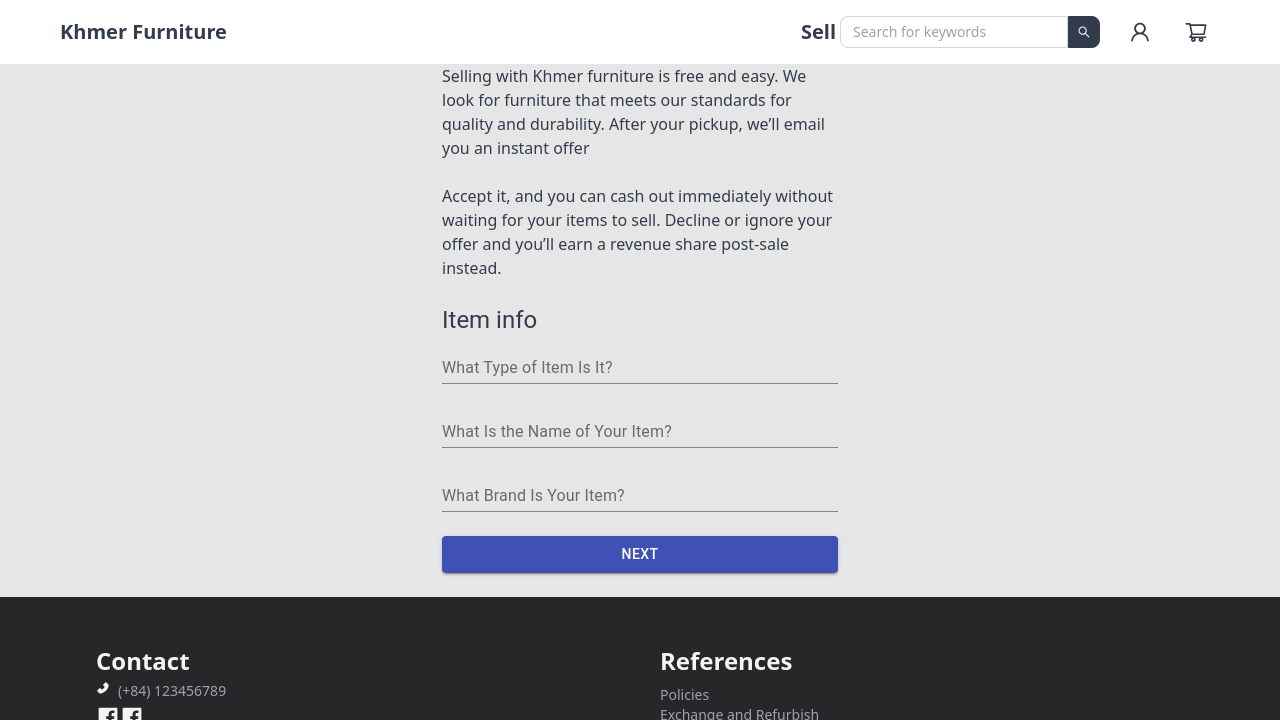
Repository: PlayerNguyen/dotot-shop
Page: /sell (app in client/)
An editor plug-in stored every save of this project. The page is shown before and after the next save, followed by the edit.
The browser window is 1280 px wide. The pictures show the whole page.
An inner scrolling area shows only its first screen. The project was rebuilt for these pictures with package versions that can differ from the ones it lists, and the page was loaded fresh each time. Also part of the build but not shown: client/src/components/NoMatch/NoMatch.jsx, client/src/components/Sell/UserDetails.js, client/src/components/Sell/Confirmation.js, client/src/components/Sell/Success.js.

Above is the page before, as saved 2022-12-06 12:24:32.

### client/src/index.html
<!DOCTYPE html>
<html lang="en" data-theme="emerald">
  <head>
    <meta charset="UTF-8" />
    <meta http-equiv="X-UA-Compatible" content="IE=edge" />
    <meta name="viewport" content="width=device-width, initial-scale=1.0" />
    <title>dotot.com - Nơi mua bán đồ cũ</title>
    <link rel="stylesheet" href="./index.css" />
  </head>
  <body>
    <div id="app"></div>

    <script src="./index.js" type="module"></script>
  </body>
</html>

### client/src/index.js
import React, { Suspense } from "react";
import client from "react-dom/client";
import { BrowserRouter } from "react-router-dom";
import App from "./App";
import "./index.css";
const appElement = document.getElementById("app");
let root = client.createRoot(appElement);
import { Provider } from "react-redux";
import { store } from "./stores/globalStore";

root.render(
  <React.StrictMode>
    <BrowserRouter>
      <Provider store={store}>
        <App />
      </Provider>
    </BrowserRouter>
  </React.StrictMode>
);

### client/src/App.jsx
import React, { Suspense } from "react";
import { ToastContainer } from "react-toastify";
import { Link, Route, Routes } from "react-router-dom";
const Home = React.lazy(() => import("./components/Home/Home"));
const Credentials = React.lazy(() =>
  import("./components/Credentials/Credentials")
);
import "react-toastify/dist/ReactToastify.css";
const SignUp = React.lazy(() => import("./components/Credentials/SignUp"));
const SignIn = React.lazy(() => import("./components/Credentials/SignIn"));
import Navbar from "./components/Navbar/Navbar";
const SignOut = React.lazy(() => import("./components/Credentials/SignOut"));
const CredentialSelection = React.lazy(() =>
  import("./components/Credentials/CredentialSelection")
);

import NoMatch from "./components/NoMatch/NoMatch";
import Footer from "./components/Footer/Footer";

const Product = React.lazy(() => import("./components/Product/Product"));
const ProductView = React.lazy(() =>
  import("./components/Product/ProductView")
);
const Profile = React.lazy(() => import("./components/Profile/Profile"));
const ProfileGeneral = React.lazy(() =>
  import("./components/Profile/ProfileGeneral")
);
const RequestSignedIn = React.lazy(() =>
  import("./components/RequestSignedIn/RequestSignedIn")
);

import { AiFillHome, AiOutlineUser } from "react-icons/ai";
const Checkout = React.lazy(() => import("./components/Checkout/Checkout"));

import Sell from "./components/Sell/Sell";

export default function App() {
  return (
    <div className="drawer bg-base-200">
      <input id="app-drawer" type="checkbox" className="drawer-toggle" />

      <div className="drawer-content flex flex-col">
        {/* Navbar */}
        <Suspense>
          <Navbar />
        </Suspense>

        {/* Render home */}
        <Routes>
          <Route path="/">
            <Route
              index
              element={
                <Suspense>
                  <Home />
                </Suspense>
              }
            />
            <Route
              path="/users"
              element={
                <Suspense>
                  <Credentials />
                </Suspense>
              }
            >
              {/* TODO: check whether user is logged in or not, to put current */}
              <Route
                index
                element={
                  <Suspense>
                    <CredentialSelection />
                  </Suspense>
                }
              />
              <Route
                path="/users/sign-up"
                element={
                  <Suspense>
                    <SignUp />
                  </Suspense>
                }
              />
              <Route
                path="/users/sign-in"
                element={
                  <Suspense>
                    <SignIn />
                  </Suspense>
                }
              />
              <Route path="/users/sign-out" element={<SignOut />} />
            </Route>
            <Route
              path="/products"
              element={
                <Suspense>
                  <Product />
                </Suspense>
              }
            >
              <Route
                path=":productId"
                element={
                  <Suspense>
                    <ProductView />
                  </Suspense>
                }
              />
            </Route>
            <Route
              element={
                <Suspense>
                  <RequestSignedIn />
                </Suspense>
              }
            >
              <Route
                path="/profile"
                element={
                  <Suspense>
                    <Profile />
                  </Suspense>
                }
              >
                <Route
                  path="/profile/general"
                  element={
                    <Suspense>
                      <ProfileGeneral />
                    </Suspense>
                  }
                />
              </Route>
            </Route>
            <Route
              path="/checkout"
              element={
                <Suspense>
                  <Checkout />
                </Suspense>
              }
            ></Route>
            <Route path="/sell" element={<Sell />} />
            <Route path="*" element={<NoMatch />} />
          </Route>
        </Routes>

        {/* Footer */}
        <Footer />
      </div>
      {/* Drawer side */}
      <div className="drawer-side">
        <label htmlFor="app-drawer" className="drawer-overlay"></label>
        <ul className="menu p-4 overflow-y-auto w-80 bg-base-100">
          <li>
            <Link to="/" className="">
              <i>
                <AiFillHome />
              </i>
              <span>Home</span>
            </Link>
          </li>

          <li>
            <Link to="/profile">
              <i>
                <AiOutlineUser />
              </i>
              <span>Users</span>
            </Link>
          </li>
        </ul>
      </div>

      <ToastContainer />
    </div>
  );
}

### client/src/stores/globalStore.ts
import { configureStore } from "@reduxjs/toolkit";
import cartSliceReducer from "../slices/CartSlice";
export const store = configureStore({
  reducer: {
    cart: cartSliceReducer,
  },
});

// Infer the `RootState` and `AppDispatch` types from the store itself
export type RootState = ReturnType<typeof store.getState>;
// Inferred type: {posts: PostsState, comments: CommentsState, users: UsersState}
export type AppDispatch = typeof store.dispatch;

### client/src/components/Navbar/Navbar.jsx
import { useState } from "react";
import {
  AiFillSetting,
  AiOutlineSearch,
  AiOutlineShoppingCart,
  AiOutlineUser,
} from "react-icons/ai";
import { ImExit } from "react-icons/im";
import { FiMenu } from "react-icons/fi";
import { Link } from "react-router-dom";

export default function Navbar() {
  const [cartSize, setCartSize] = useState(0);
  const [signedIn, setSignedIn] = useState(false);

  useState(() => {
    setSignedIn(localStorage.getItem("token") !== null);
  }, [localStorage]);

  return (
    <div className="navbar bg-base-100 lg:px-12">
      {/* Navbar start section */}
      <div className="flex flex-row lg:hidden">
        <label htmlFor="app-drawer" className="drawer-button btn btn-ghost">
          <FiMenu className="text-xl" />
        </label>
      </div>

      <div className="flex-1 px-3">
        <Link to="/">
          <h1 className="text-xl font-bold">Khmer Furniture</h1>
        </Link>
      </div>

      {/* Wide screen  */}
      <div className="hidden lg:flex flex-row gap-1 text-2xl">
      <Link to="/sell">
          <h1 className="text-xl font-bold">Sell </h1>
          <span></span>
        </Link>
        {/* Search group */}
        <div>
          <div className=" input-group">
            <input
              className="input input-bordered input-sm"
              placeholder="Search for keywords"
            />
            <button className="btn btn-square btn-sm">
              <AiOutlineSearch />
            </button>
          </div>
        </div>
        {/* Link group */}
        <div className="menu menu-horizontal p-2 rounded-box text-md">
          {!signedIn ? (
            <li>
              <Link to={"/users/"}>
                <AiOutlineUser />
              </Link>
            </li>
          ) : (
            <li>
              <div className="dropdown dropdown-end dropdown-hover block">
                <label tabIndex={0}>
                  <AiOutlineUser />
                </label>
                <ul
                  tabIndex={0}
                  className="menu dropdown-content p-2 shadow bg-base-100 rounded-box w-52 mt-4 text-sm"
                >
                  <li className="block">
                    <Link to="/profile">
                      <AiFillSetting />
                      Profile
                    </Link>
                  </li>
                  <li className="block">
                    <Link to={`/users/sign-out`}>
                      <ImExit />
                      Sign out
                    </Link>
                  </li>
                </ul>
              </div>
            </li>
          )}

          <li>
            <Link to={"/checkout"} className="relative">
              <AiOutlineShoppingCart />
              {cartSize && cartSize > 0 ? (
                <span className="text-sm ">{cartSize}</span>
              ) : null}
            </Link>
          </li>
        </div>
      </div>

      {/* For small screen */}
      <div className="lg:hidden">
        <div className="menu menu-horizontal p-2 rounded-box text-xl">
          {/* Shopping cart */}
          <li>
            <a className="relative">
              <span>
                <AiOutlineShoppingCart />
              </span>
              {cartSize && cartSize > 0 ? (
                <span className="absolute text-sm left-2 top-2 bg-red-400 px-2 rounded-full text-white">
                  {cartSize}
                </span>
              ) : null}
            </a>
          </li>
          {/* Search */}
          <li>
            <a className="relative">
              <AiOutlineSearch />
            </a>
          </li>
        </div>
      </div>
    </div>
  );
}

### client/src/components/Footer/Footer.jsx
import React from "react";
import { AiFillFacebook, AiFillPhone } from "react-icons/ai";

export default function Footer() {
  return (
    <div className="footer-wrapper bg-zinc-800 text-zinc-100 md:px-12">
      <footer className="footer p-12 min-h-[20vh] flex flex-col gap-4 sm:flex-row  sm:gap-10">
        <div className="flex flex-col gap-1 flex-1">
          {/* <div className="font-bold text-2xl">General</div> */}
          <div className={`font-bold text-2xl`}>Contact</div>

          <div>
            <div className="flex flex-row gap-2">
              <span>
                <AiFillPhone />
              </span>
              <span className="text-zinc-400">(+84) 123456789</span>
            </div>
            {/* Social medias */}
            <div className="flex flex-row text-2xl my-1">
              <div>
                <AiFillFacebook />
              </div>
              <div>
                <AiFillFacebook />
              </div>
            </div>
          </div>
        </div>

        <div className="flex-1">
          <div className="text-2xl font-bold">References</div>
          <div className="text-zinc-400">
            <div>Policies</div>
            <div>Exchange and Refurbish</div>
            <div>Warranty</div>
          </div>
        </div>
      </footer>
    </div>
  );
}

### client/src/components/Sell/Sell.jsx
import React, { Component } from 'react'
import ProductDetails from './ProductDetails';
import UserDetails from './UserDetails';
import Confirmation from './Confirmation';
import Success from './Success';

export default class Sell extends Component{

  state = {
    step: 1,
    category: '',
    productName: '',
    brandName: '',
    firstName: '',
    lastName: '',
    country: '',
    levelOfEducation: '',
  }

  // go back to previous step
  prevStep = () => {
    const { step } = this.state;
    this.setState({ step: step - 1 });
  }

  // proceed to the next step
  nextStep = () => {
    const { step } = this.state;
    this.setState({ step: step + 1 });
  }

  // Handle fields change
  handleChange = input => e => {
    this.setState({ [input]: e.target.value });
  }

  render() {
    const { step } = this.state;
    const { category, productName, brandName, firstName, lastName, country, levelOfEducation } = this.state;
    const values = { category, productName, brandName, firstName, lastName, country, levelOfEducation }

    switch(step) {
      case 1:
        return (
          <ProductDetails
            nextStep={ this.nextStep }
            handleChange={ this.handleChange }
            values={ values }
          />
        )
      case 2:
        return (
          <UserDetails
            prevStep={ this.prevStep }
            nextStep={ this.nextStep }
            handleChange={ this.handleChange }
            values={ values }
          />
        )
      case 3:
          return (
            <Confirmation
              prevStep={ this.prevStep }
              nextStep={ this.nextStep }
              values={ values }
            />
          )
        case 4:
          return (
            <Success />
          )
      default:
          // do nothing
    }
  }

}

### client/src/slices/CartSlice.ts
import { createSlice } from "@reduxjs/toolkit";
import type { PayloadAction } from "@reduxjs/toolkit";

const cart = localStorage.getItem(
  process.env.CART_ITEM_KEY_NAME ? process.env.CART_ITEM_KEY_NAME : "cartItems"
);
const initialState = {
  items: cart ? JSON.parse(cart) : new Set(),
};

const CartSlice = createSlice({
  name: "Cart",
  initialState,
  reducers: {
    addCartItem: (state, action: PayloadAction<string>) => {
      if (!state.items.includes(action.payload)) {
        state.items = [...state.items, action.payload];
      }
    },
    removeCartItem: (state, action: PayloadAction<string>) => {
      state.items = [...state.items].filter((ele) => ele !== action.payload);
    },
    clearCartItem: (state) => {
      state.items = [];
    },
  },
});

export const { addCartItem, removeCartItem, clearCartItem } = CartSlice.actions;

export default CartSlice.reducer;

### client/src/components/Sell/ProductDetails.js
import React from 'react'
// import { makeStyles } from '@material-ui/core/styles';
import { Container, Typography, Grid, TextField, Button } from '@material-ui/core'


const ProductDetails = ({ nextStep, handleChange, values }) => {

    // for continue event listener
    const Continue = e => {
      e.preventDefault();
      nextStep();
    }

    return (
      <Container  component="main" maxWidth="xs">
        <div>
        <div> Selling with Khmer furniture is free and easy. We look for furniture that meets our standards for quality and durability.
          After your pickup, we’ll email you an instant offer </div>
          <br/>
          <div> Accept it, and you can cash out immediately without waiting for your items to sell.
           Decline or ignore your offer and you’ll earn a revenue share post-sale instead.</div>
           <br/>
          <Typography  component="h1" variant="h5" className='content-center bold'>
           Item info
          </Typography>
          <form>
            <Grid container spacing={2}>
                {/* Category */}
                <Grid item xs={12}>
                  <TextField
                    placeholder="Category type"
                    label="What Type of Item Is It?"
                    onChange={handleChange('category')}
                    defaultValue={values.category}
                    // variant="outlined"
                    // autoComplete="chair"
                    fullWidth
                  />
                </Grid>
                <br />
                {/* Product Name */}
                <Grid item xs={12}>
                  <TextField
                    placeholder="Product Name "
                    label="What Is the Name of Your Item?"
                    onChange={handleChange('productName')}
                    defaultValue={values.productName}
                    // variant="outlined"
                    // autoComplete="productName"
                    fullWidth
                  />
                </Grid>
                <br />
                {/* Brand Name */}
                <Grid item xs={12}>
                  <TextField
                    placeholder="Brand Name"
                    label="What Brand Is Your Item? "
                    onChange={handleChange('brandName')}
                    defaultValue={values.brandName}
                    // variant="outlined"
                    // autoComplete="password"
                    fullWidth
                    // type="password"
                  />
                </Grid>
            </Grid>
            <br />
            <Button
              onClick={ Continue }
              type="submit"
              fullWidth
              variant="contained"
              color="primary"
            >
              Next
            </Button>
          </form>
        </div>
        <br/>
      </Container>
    )
  }

  export default ProductDetails

### client/tailwind.config.js
/** @type {import('tailwindcss').Config} */
module.exports = {
  content: ["./src/**/*.{html,js,ts,jsx,tsx}"],
  theme: {
    extend: {},
  },
  plugins: [require("daisyui")],
  // daisyUI config (optional)
  daisyui: {
    styled: true,
    themes: true,
    base: true,
    utils: true,
    logs: true,
    rtl: false,
    prefix: "",
    darkTheme: "dark",
  },
};

Loaded but not shown: client/src/index.css (common file)

After the next save:
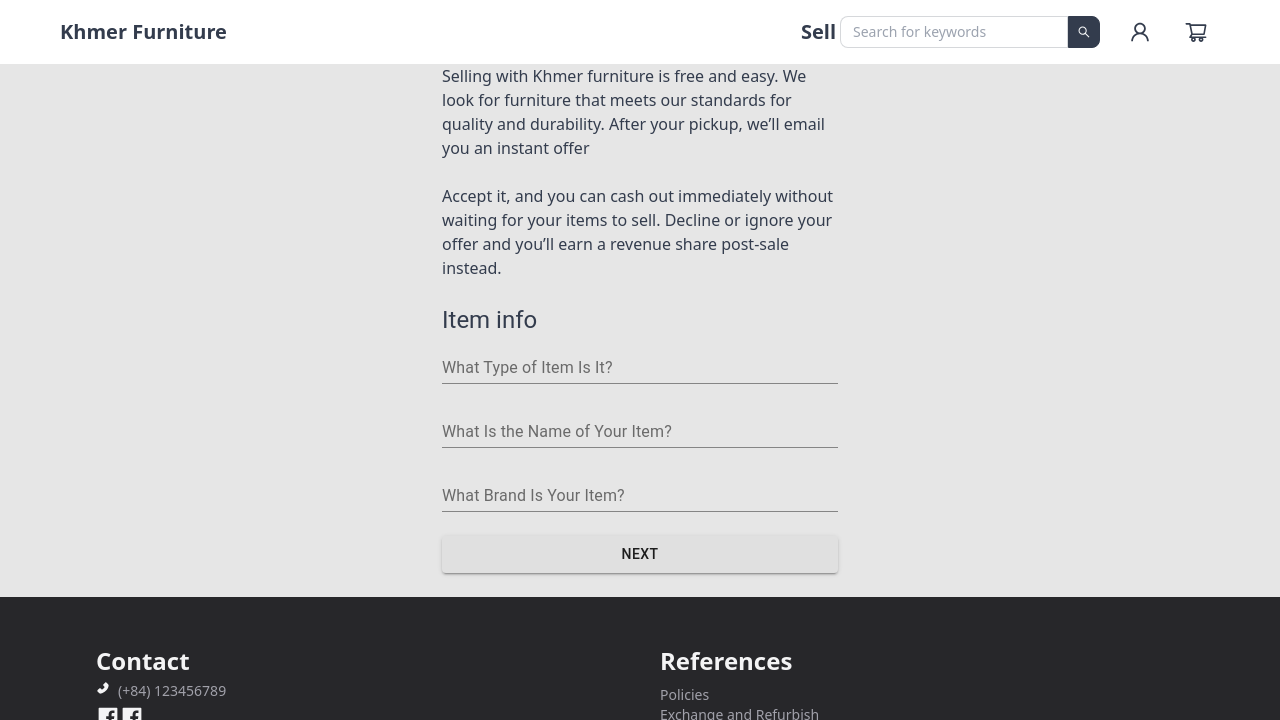
Saved 5 min 32 s later.
--- a/client/src/components/Sell/ProductDetails.js
+++ b/client/src/components/Sell/ProductDetails.js
@@ -71,7 +71,7 @@
               type="submit"
               fullWidth
               variant="contained"
-              color="primary"
+              color="#29303D"
             >
               Next
             </Button>

After the 3 saves that followed:
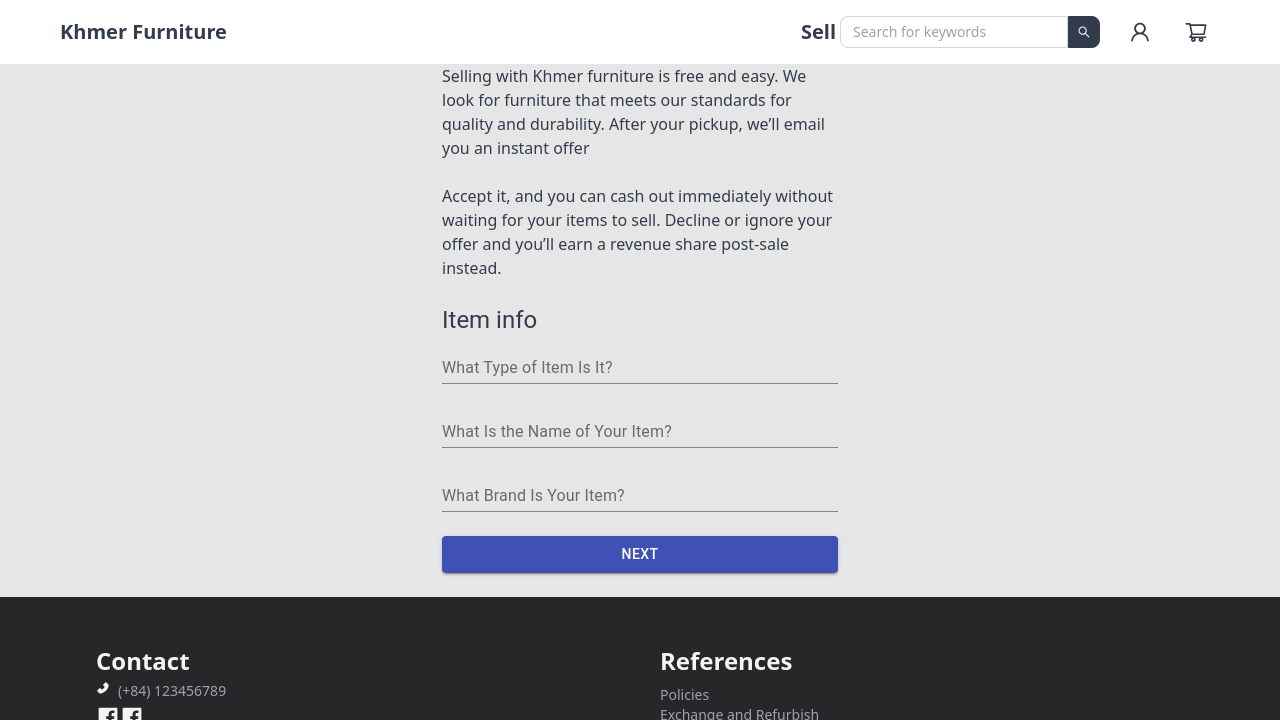
The 3 saves are shown as one change because 2 left the picture as it was.
The last was saved 114 s later.
--- a/client/src/components/Sell/ProductDetails.js
+++ b/client/src/components/Sell/ProductDetails.js
@@ -71,7 +71,7 @@
               type="submit"
               fullWidth
               variant="contained"
-              color="#29303D"
+              color="primary"
             >
               Next
             </Button>
